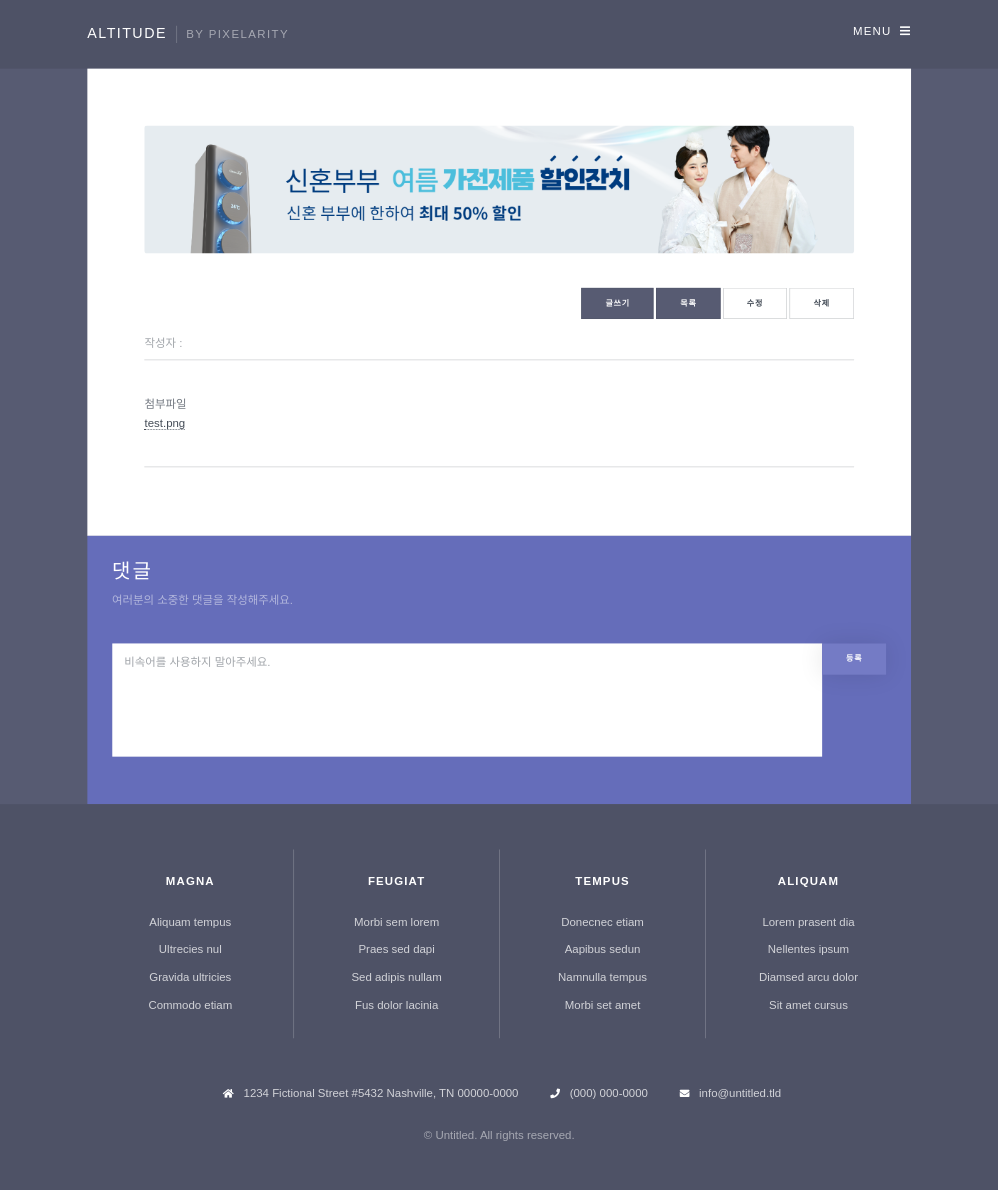
Repository: kkkukkk/Study-JSP
Page: http://localhost/boardMVC/app/board/boardDetail.jsp
The author's editor kept a copy of each file at every save. The page is drawn from the files as they stood at one save, then again after the next save.
The browser window is 1280 px wide. The pictures show the whole page, at 78% of full size.
Some web fonts or font styles are not loaded; a fallback is used. The page is served by Tomcat 9.

Above is the page before, as saved 2022-02-25 01:23:45.

After the next save:
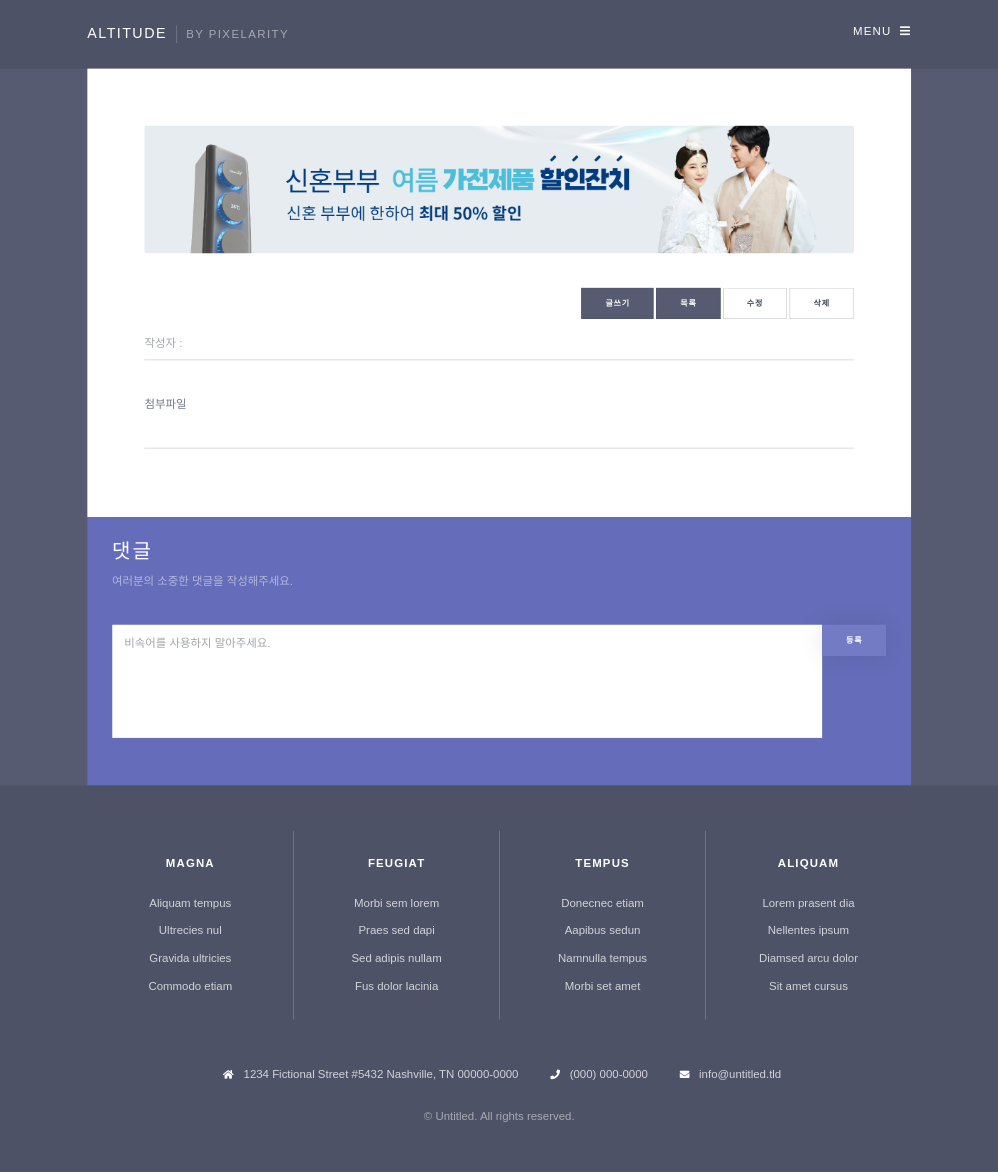
Saved 83 s later.
--- a/workspace/boardMVC/WebContent/app/board/boardDetail.jsp
+++ b/workspace/boardMVC/WebContent/app/board/boardDetail.jsp
@@ -84,8 +84,16 @@
                               첨부파일
                            </div>
                            <!-- 첨부파일 목록 -->
-                           <a>test.png</a>
-                           <br>
+                           <c:choose>
+                           	<c:when test="${files != null and fn:length(files) > 0}">
+	                           <c:forEach var="file" items="${files}">
+		                           <a></a>
+		                           <br>
+	                           </c:forEach>
+	                       	</c:when>
+	                       	<c:otherwise>
+	                       	</c:otherwise>
+                           </c:choose>
                         <hr />
                         <!-- 내용 -->
                         <h3><pre>${board.getBoardContent()}</pre></h3>

After the 2 saves that followed:
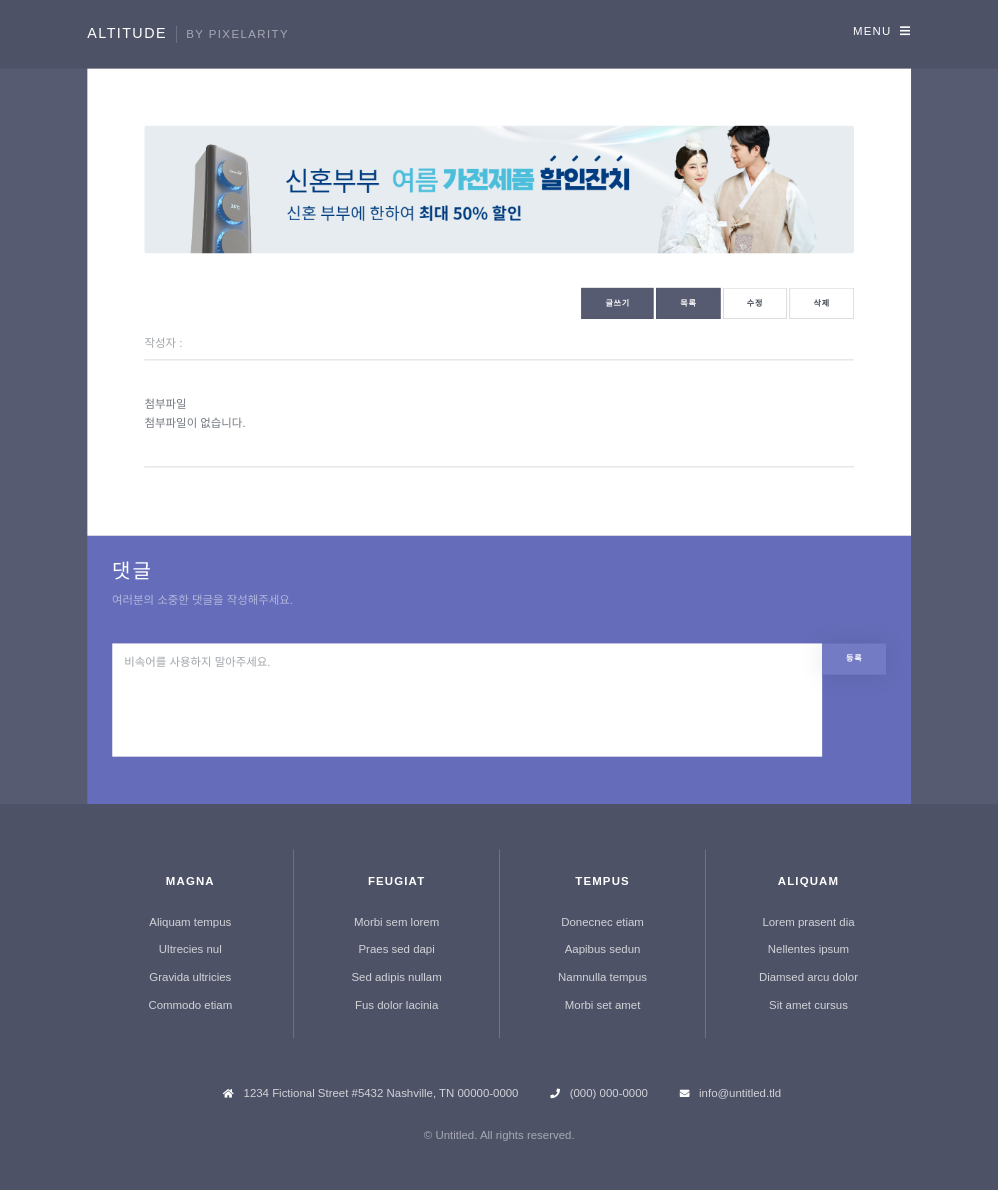
The 2 saves are shown as one change because 1 left the picture as it was.
The last was saved 39 s later.
--- a/workspace/boardMVC/WebContent/app/board/boardDetail.jsp
+++ b/workspace/boardMVC/WebContent/app/board/boardDetail.jsp
@@ -87,11 +87,12 @@
                            <c:choose>
                            	<c:when test="${files != null and fn:length(files) > 0}">
 	                           <c:forEach var="file" items="${files}">
-		                           <a></a>
+		                           <a><c:out value="${file.getFileNameOriginal()}"/></a>
 		                           <br>
 	                           </c:forEach>
 	                       	</c:when>
 	                       	<c:otherwise>
+	                       		첨부파일이 없습니다.
 	                       	</c:otherwise>
                            </c:choose>
                         <hr />
